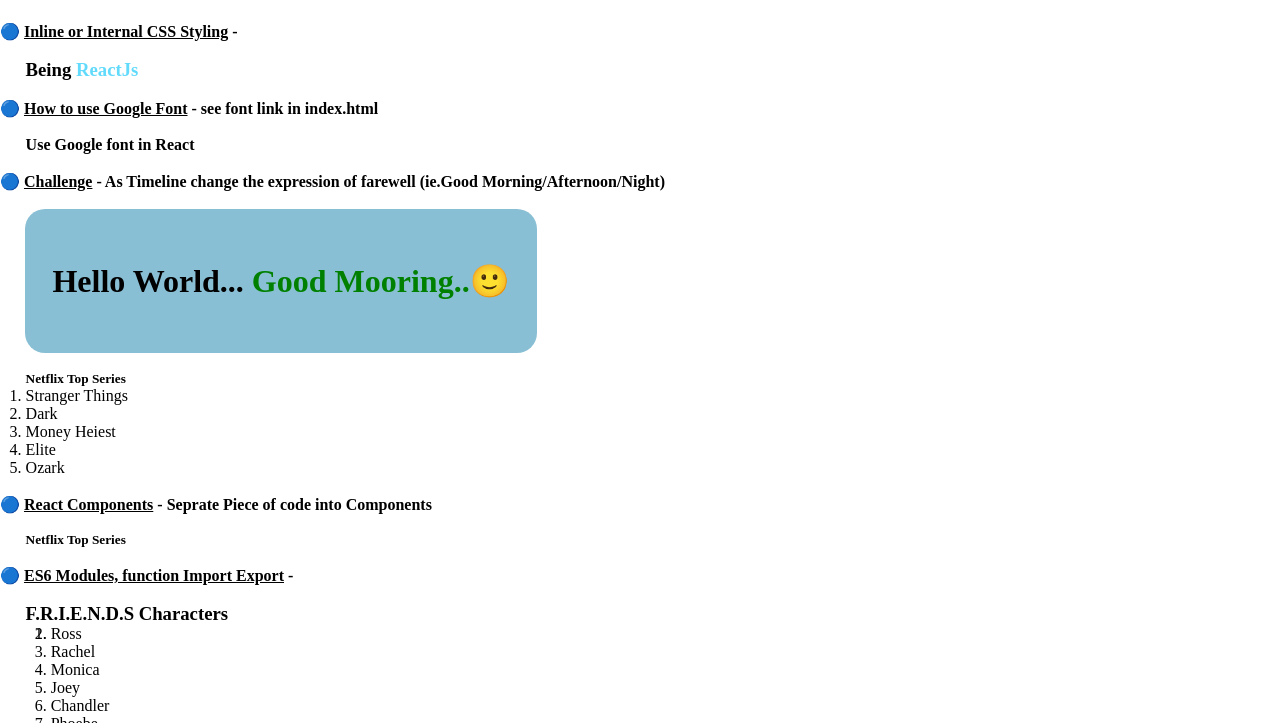
Repository: AalokJadhav/Being_ReactJS
Page: /
An editor plug-in stored every save of this project. The page is shown before and after the next save, followed by the edit.
The browser window is 1280 px wide. The pictures show the part of the page from y = 728 to 1451 px (the page is 2094 px tall before and 1887 px after).
Pictures or frames that could not be fetched are drawn as grey boxes. Some web fonts or font styles are not loaded; a fallback is used. The project was rebuilt for these pictures with package versions that can differ from the ones it lists, and the page was loaded fresh each time.

Above is the page before, as saved 2021-10-19 00:08:54.

After the next save:
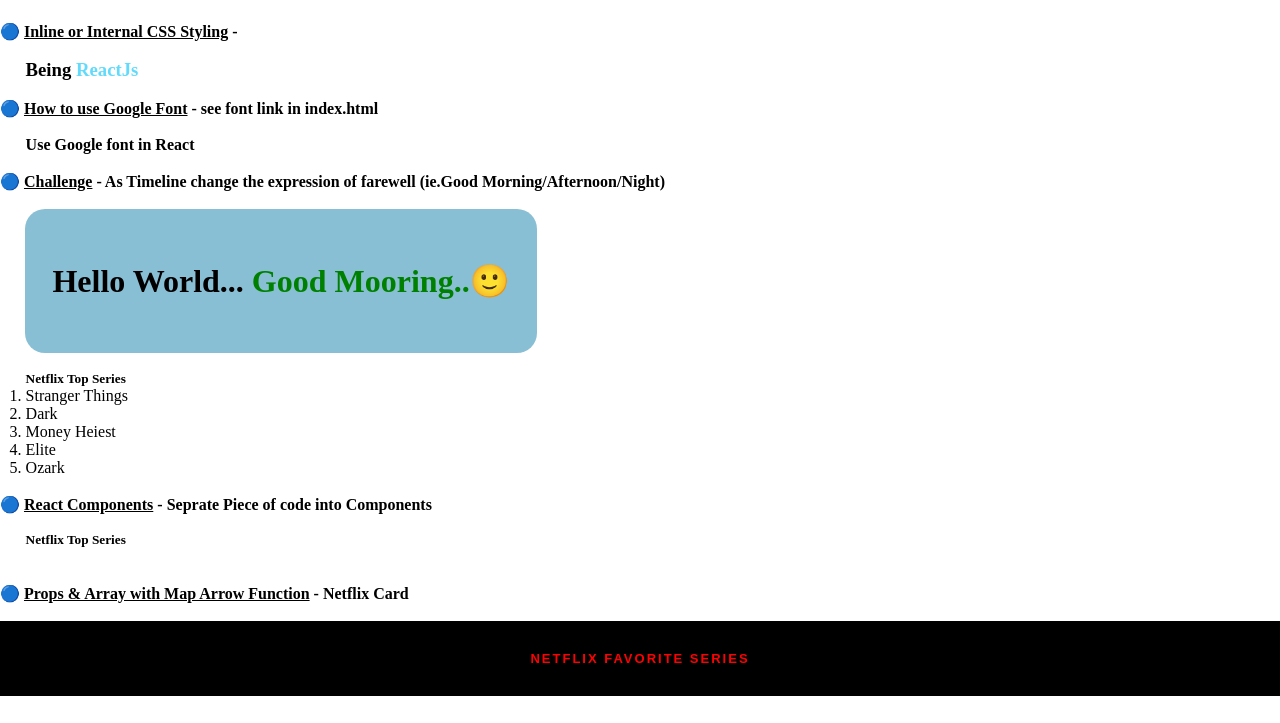
Saved 59 s later.
--- a/src/RComponents.jsx
+++ b/src/RComponents.jsx
@@ -8,7 +8,8 @@
             <h4>🔵 <u>React Components</u> - Seprate Piece of code into Components</h4><br />
             <Title />
             <br />
-            <AllCharacter />
+            < key
+                AllCharacter />
             <br />
         </>
     )

After the 2 saves that followed:
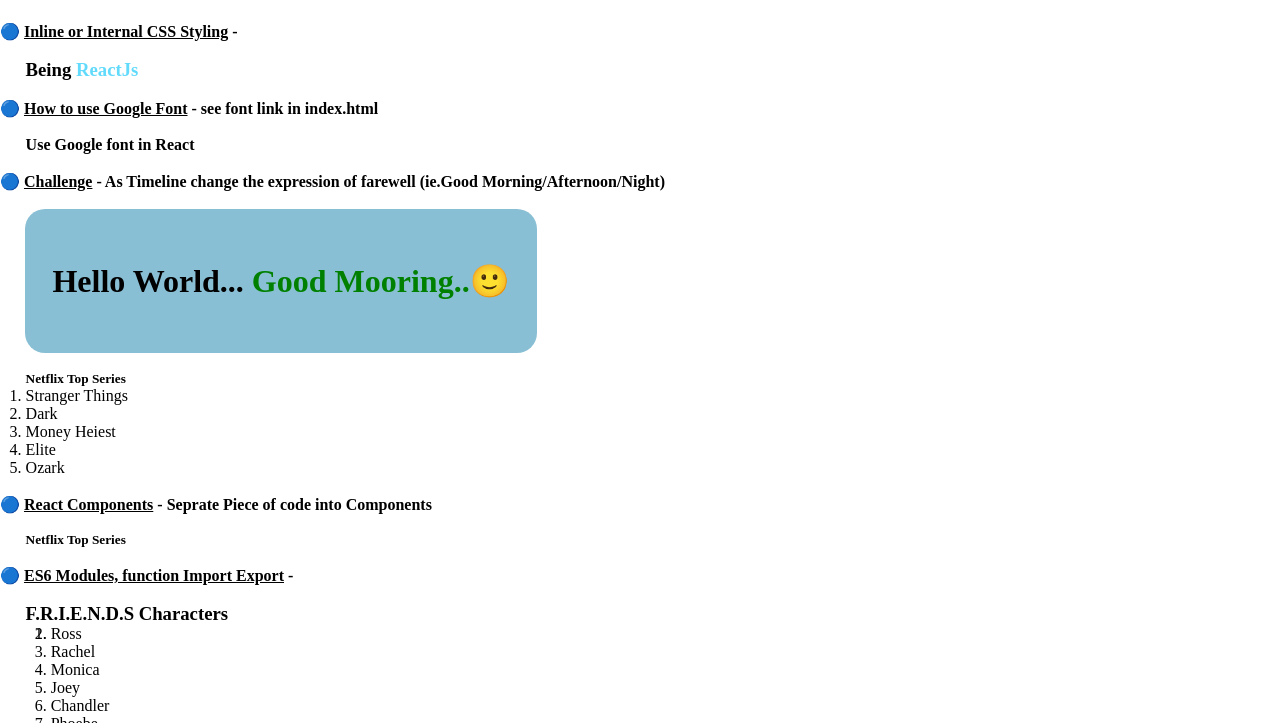
The 2 saves are shown as one change because 1 did not build or start.
The last was saved 111 s later.
--- a/src/RComponents.jsx
+++ b/src/RComponents.jsx
@@ -8,8 +8,7 @@
             <h4>🔵 <u>React Components</u> - Seprate Piece of code into Components</h4><br />
             <Title />
             <br />
-            < key
-                AllCharacter />
+            <AllCharacter />
             <br />
         </>
     )
